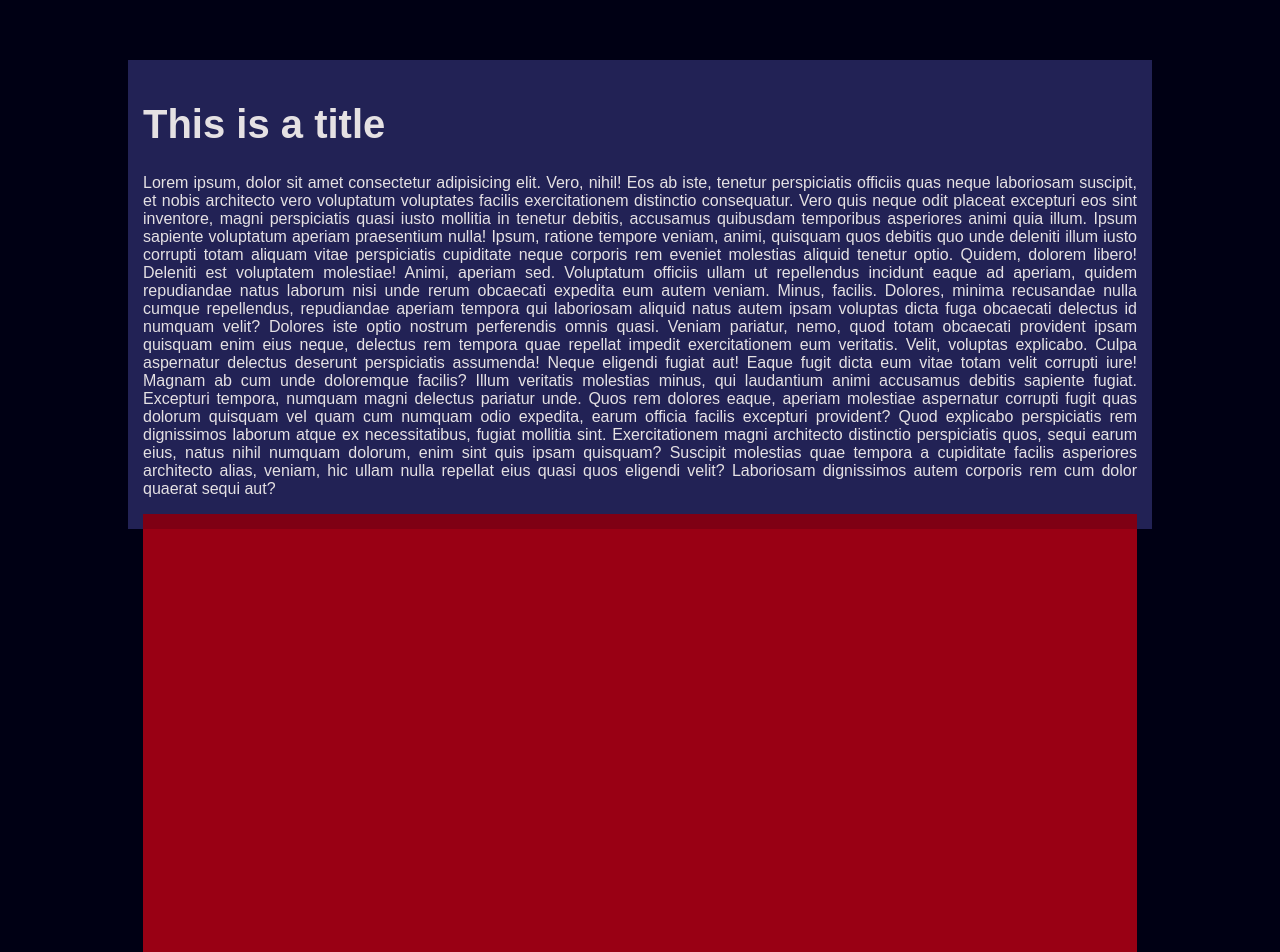
Repository: Francois-QUICODE/CSS-Micro-Projects
Page: Projects/01-Infinite-Gradient-Text.html
An editor plug-in stored every save of this project. The page is shown before and after the next save, followed by the edit.
The browser window is 1280 px wide. The pictures show the whole page.
Some web fonts or font styles are not loaded; a fallback is used.

Above is the page before, as saved 2020-11-28 10:41:47.

### Projects/01-Infinite-Gradient-Text.html
<!DOCTYPE html>
<html lang="en">
  <head>
    <meta charset="UTF-8" />
    <title>Infinite Gradiant text</title>
  </head>
  <body>
    <div class="container">
      <div class="text">
        <h1>This is a title</h1>
        <p class="lorem">
          Lorem ipsum, dolor sit amet consectetur adipisicing elit. Vero, nihil!
          Eos ab iste, tenetur perspiciatis officiis quas neque laboriosam
          suscipit, et nobis architecto vero voluptatum voluptates facilis
          exercitationem distinctio consequatur. Vero quis neque odit placeat
          excepturi eos sint inventore, magni perspiciatis quasi iusto mollitia
          in tenetur debitis, accusamus quibusdam temporibus asperiores animi
          quia illum. Ipsum sapiente voluptatum aperiam praesentium nulla!
          Ipsum, ratione tempore veniam, animi, quisquam quos debitis quo unde
          deleniti illum iusto corrupti totam aliquam vitae perspiciatis
          cupiditate neque corporis rem eveniet molestias aliquid tenetur optio.
          Quidem, dolorem libero! Deleniti est voluptatem molestiae! Animi,
          aperiam sed. Voluptatum officiis ullam ut repellendus incidunt eaque
          ad aperiam, quidem repudiandae natus laborum nisi unde rerum obcaecati
          expedita eum autem veniam. Minus, facilis. Dolores, minima recusandae
          nulla cumque repellendus, repudiandae aperiam tempora qui laboriosam
          aliquid natus autem ipsam voluptas dicta fuga obcaecati delectus id
          numquam velit? Dolores iste optio nostrum perferendis omnis quasi.
          Veniam pariatur, nemo, quod totam obcaecati provident ipsam quisquam
          enim eius neque, delectus rem tempora quae repellat impedit
          exercitationem eum veritatis. Velit, voluptas explicabo. Culpa
          aspernatur delectus deserunt perspiciatis assumenda! Neque eligendi
          fugiat aut! Eaque fugit dicta eum vitae totam velit corrupti iure!
          Magnam ab cum unde doloremque facilis? Illum veritatis molestias
          minus, qui laudantium animi accusamus debitis sapiente fugiat.
          Excepturi tempora, numquam magni delectus pariatur unde. Quos rem
          dolores eaque, aperiam molestiae aspernatur corrupti fugit quas
          dolorum quisquam vel quam cum numquam odio expedita, earum officia
          facilis excepturi provident? Quod explicabo perspiciatis rem
          dignissimos laborum atque ex necessitatibus, fugiat mollitia sint.
          Exercitationem magni architecto distinctio perspiciatis quos, sequi
          earum eius, natus nihil numquam dolorum, enim sint quis ipsam
          quisquam? Suscipit molestias quae tempora a cupiditate facilis
          asperiores architecto alias, veniam, hic ullam nulla repellat eius
          quasi quos eligendi velit? Laboriosam dignissimos autem corporis rem
          cum dolor quaerat sequi aut?
        </p>
        <div class="text-background"></div>
      </div>
    </div>
  </body>

  <style>
    @import url("https://fonts.googleapis.com/css2?family=Alatsi&display=swap");

    body {
      background-color: #000014;
      width: 1024px;
      margin: auto;
      color: #e5e1e1;
      padding-top: 60px;
      font-family: "Alatsi", sans-serif;
    }

    .container {
      background-color: #222247;
      padding: 15px;
      mix-blend-mode: screen;
      display: flex;
    }

    h1 {
      font-size: 40px;
    }

    .lorem {
      text-align: justify;
    }

    .text-background {
      background-color: #900;
      width: 100%;
      height: 100%;
      mix-blend-mode: color;
    }
  </style>
</html>

After the next save:
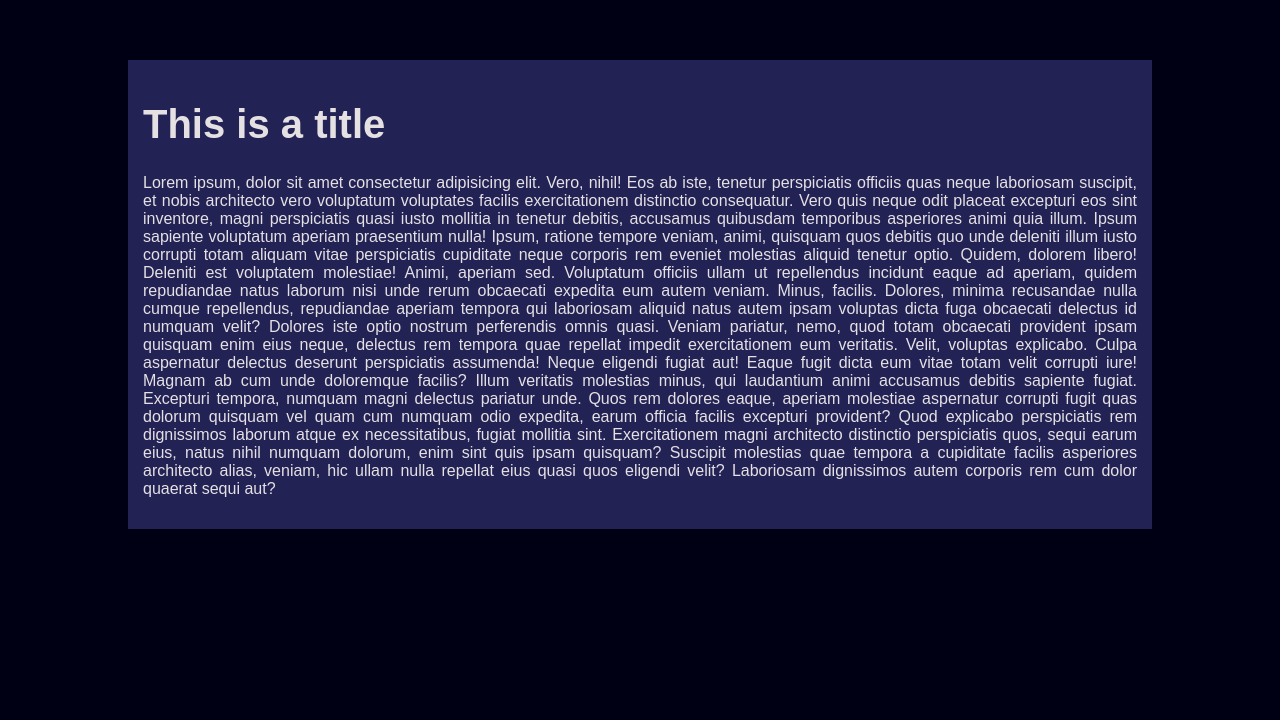
Saved 3 min 2 s later.
--- a/Projects/01-Infinite-Gradient-Text.html
+++ b/Projects/01-Infinite-Gradient-Text.html
@@ -45,7 +45,6 @@
           quasi quos eligendi velit? Laboriosam dignissimos autem corporis rem
           cum dolor quaerat sequi aut?
         </p>
-        <div class="text-background"></div>
       </div>
     </div>
   </body>
@@ -76,12 +75,5 @@
     .lorem {
       text-align: justify;
     }
-
-    .text-background {
-      background-color: #900;
-      width: 100%;
-      height: 100%;
-      mix-blend-mode: color;
-    }
   </style>
 </html>
